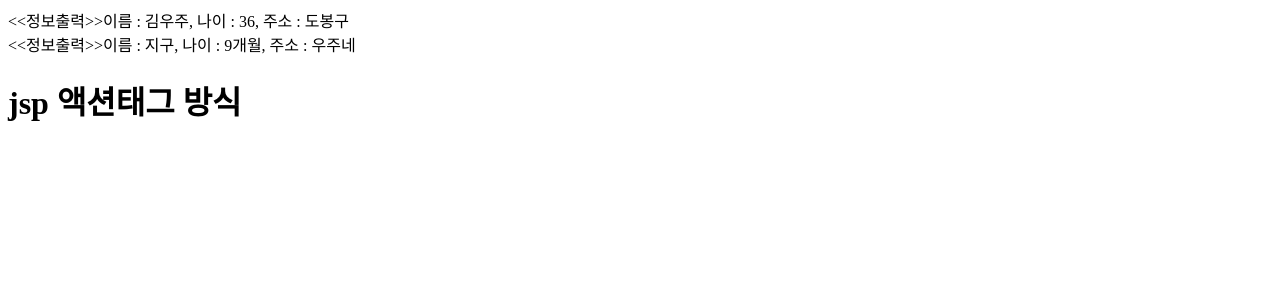
Repository: UnibusK/Java-Study
Page: http://localhost/JSP29/
These files come from the project's save history. The page is drawn as it stood at one moment and after a run of saves; the edit follows.
The browser window is 1280 px wide. The pictures show the whole page.
The page is served by Tomcat 9.

Above is the page before, as saved 2023-12-06 06:18:04.

After the next 3 saves:
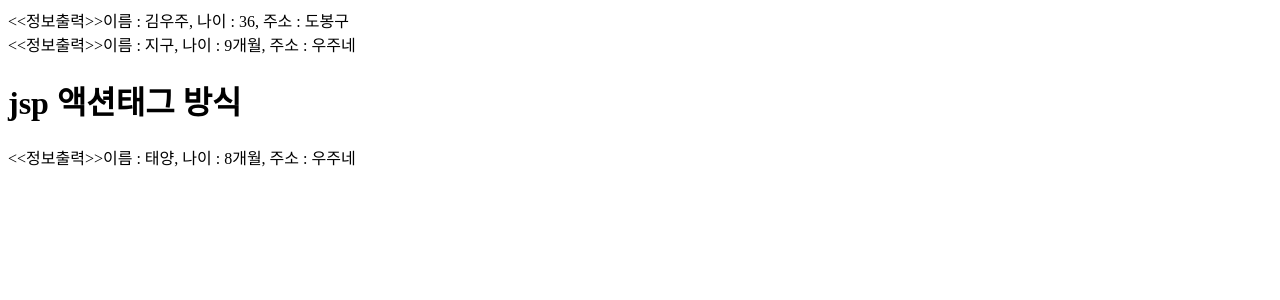
The 3 saves are shown as one change because 2 did not build or start.
The last was saved 119 s later.
--- a/JSP/JSP29/src/main/webapp/index.jsp
+++ b/JSP/JSP29/src/main/webapp/index.jsp
@@ -26,6 +26,9 @@
 		<jsp:setProperty name="s3" property="name" value="태양"></jsp:setProperty>
 		<jsp:setProperty name="s3" property="age" value="8개월"></jsp:setProperty>
 		<jsp:setProperty name="s3" property="address" value="우주네"></jsp:setProperty>
+		<!-- name.set필드멍("내용"); -->
+
+		<%=s3 %>
 
 	</body>
 </html>
